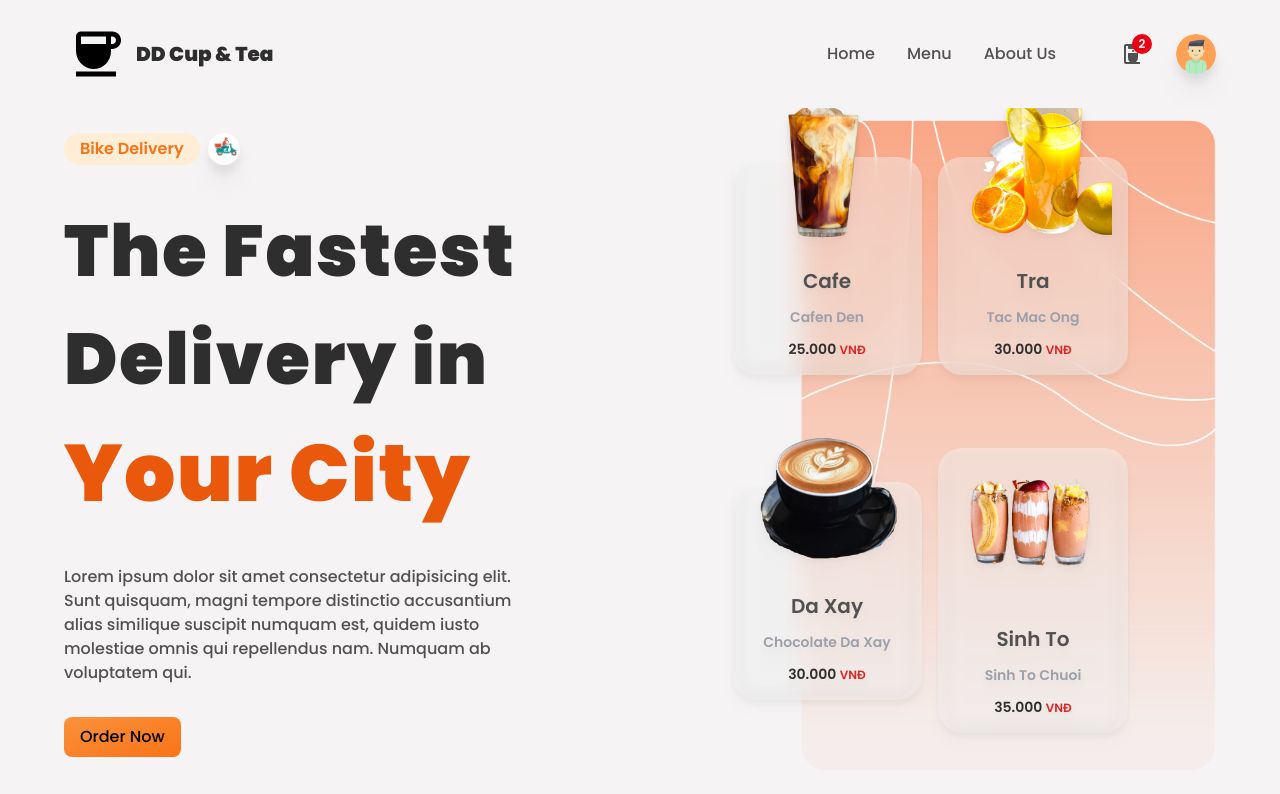
Repository: duongspm/ddcoffee
Page: /
These files come from the project's save history. The page is drawn as it stood at one moment and after the next save; the edit follows.
The browser window is 1280 px wide. The pictures show the whole page.
The project was rebuilt for these pictures with package versions that can differ from the ones it lists, and the page was loaded fresh each time. Also part of the build but not shown: src/App.css, src/components/CreateContainer.jsx.

Above is the page before, as saved 2022-07-12 20:28:39.

### src/index.js
import React from 'react';
import ReactDOM from 'react-dom/client';
import './index.css';
import App from './App';
import reportWebVitals from './reportWebVitals';

import { BrowserRouter as Router } from 'react-router-dom';

import { StateProvider } from './context/StateProvider';
import { initialState } from './context/initalState';
import reducer from './context/reducer';

const root = ReactDOM.createRoot(document.getElementById('root'));
root.render(
  <Router>
    <StateProvider initialState={initialState} reducer={reducer}>
      <App />
    </StateProvider>
  </Router>
  // <React.StrictMode>
  //   <App />
  // </React.StrictMode>
);

// If you want to start measuring performance in your app, pass a function
// to log results (for example: reportWebVitals(console.log))
// or send to an analytics endpoint. Learn more: https://bit.ly/CRA-vitals
reportWebVitals();

### src/index.css
/* body {
  margin: 0;
  font-family: -apple-system, BlinkMacSystemFont, 'Segoe UI', 'Roboto', 'Oxygen',
    'Ubuntu', 'Cantarell', 'Fira Sans', 'Droid Sans', 'Helvetica Neue',
    sans-serif;
  -webkit-font-smoothing: antialiased;
  -moz-osx-font-smoothing: grayscale;
}

code {
  font-family: source-code-pro, Menlo, Monaco, Consolas, 'Courier New',
    monospace;
} */

@import url(https://fonts.googleapis.com/css2?family=DM+Sans:ital,wght@0,400;0,500;1,400;1,500&family=Inter:wght@400;500;600&family=Mulish:wght@300&family=Nunito+Sans:wght@200&family=Playfair+Display:wght@700&family=Poppins:wght@500;600;900&family=Quicksand:wght@700&display=swap);
*{
  margin: 0;
  padding: 0;
  box-sizing: border-box;
}
body{
  font-family: 'Poppins', sans-serif, -apple-system, BlinkMacSystemFont, 'Segoe UI', 'Roboto', 'Oxygen',
  'Ubuntu', 'Cantarell', 'Fira Sans', 'Droid Sans', 'Helvetica Neue',
  sans-serif;
}
html, body{
  scroll-behavior: smooth;
  overflow-x: hidden; /*chống tràn*/
}
@tailwind base;
@tailwind components;
@tailwind utilities;

### src/App.js
import './App.css';
import {Route, Routes} from 'react-router-dom';
import MainContainer from './components/MainContainer';
import CreateContainer from './components/CreateContainer';
import { AnimatePresence } from 'framer-motion';

import { Header } from './components';

function App() {
  return (
    <AnimatePresence exitBeforeEnter>
      <div className="w-screen h-auto flex flex-col bg-primary">
        <Header/>
        <main className='mt-14 md:mt-24 px-4 md:px-16 py-4 w-full'>
          <Routes>
            <Route path='/*' element={<MainContainer/>}></Route>
            <Route path='/createItem' element={<CreateContainer/>}></Route>
          </Routes>
        </main>
      </div>
    </AnimatePresence>
  );
}

export default App;

### src/context/StateProvider.js
import React, {createContext, useContext, useReducer} from 'react';
export const StateContext = createContext();
export const StateProvider = ({reducer, initialState, children}) => (
    <StateContext.Provider value={useReducer(reducer, initialState)}>
        {children}
    </StateContext.Provider>
);

export const useStateValue = () => useContext(StateContext);

### src/context/initalState.js
import { fetchUser } from "../utils/fetchLocalStorageData"

const userInfo = fetchUser()

export const initialState = {
    user: null,
}

### src/context/reducer.js
export const actionType = {
    SET_USER: "SET_USER",
};

const reducer = (state, action) => {
    console.log(action);

    switch (action.type){
        case actionType.SET_USER:
            return {
                ...state,
                user: action.user,
            };

        default:
            return state;
    }
};

export default reducer;

### src/components/MainContainer.jsx
import React from 'react';
import HomeContainer from './HomeContainer';

const MainContainer = () => {
    return (
        <div className='w-full h-auto flex flex-col items-center justify-center'>
            <HomeContainer/>
        </div>
    );
};

export default MainContainer;

### src/components/index.js
export {default as Header} from './Header';
export {default as MainContainer} from './MainContainer';
export {default as CreateContainer} from './CreateContainer';
export {default as HomeContainer} from './HomeContainer';

### src/utils/fetchLocalStorageData.js
export const fetchUser = () => {
    const userInfo =
        localStorage.getItem("user") !== "undefined"
        ? JSON.parse(localStorage.getItem("user"))
        : localStorage.clear();
    return userInfo;
}

### src/components/HomeContainer.jsx
import React from 'react';
import delivery from '../assets/imgs/delivery.png';
import HeroBg from '../assets/imgs/heroBg.png';
import heroData from '../utils/data'

const HomeContainer = () => {
    return (
        <section id="home" className='grid grid-cols-1 md:grid-cols-2 gap-2 w-full'>
            <div className='py-2 flex flex-1 flex-col items-start  justify-center gap-8'>
                <div className='flex items-center gap-2 justify-center'>
                    <p className='text-base text-orange-500 font-semibold bg-orange-100 px-4 py-1 rounded-full'>Bike Delivery</p>
                    <div className='w-8 h-8 bg-white rounded-full overflow-hidden drop-shadow-xl'>
                        <img src={delivery} className="w-full h-full object-contain" alt="deli"/>
                    </div>
                </div>
                <p className='text-[2.5rem] font-bold tracking-wide text-headingColor lg:text-[4.5rem]'>The Fastest Delivery in <span className='text-orange-600 text-[3rem] lg:text-[5rem]'>Your City</span></p>
                <p className='text-base text-textColor text-center md:text-left md:w-[80%]'>Lorem ipsum dolor sit amet consectetur adipisicing elit. Sunt quisquam, magni tempore distinctio accusantium alias similique suscipit numquam est, quidem iusto molestiae omnis qui repellendus nam. Numquam ab voluptatem qui.</p>
                <button type='button' className='bg-gradient-to-br from-orange-400 to-orange-500 w-full px-4 py-2 rounded-lg hover:shadow-lg transition-all ease-in-out md:w-auto'>Order Now</button>
            </div>
            <div className='py-2 flex-1 flex items-center relative'>
                <img src={HeroBg} className="ml-auto h-420 w-full lg:w-auto lg:h-650" alt="hero-bg"/>

                <div className='w-full h-full absolute flex items-center justify-center top-0 left-0 py-4 gap-4 flex-wrap lg:px-26'>
                    {heroData && heroData.map(n => (
                        <div key={n.id} className='w-190 bg-cardOverlay backdrop-blur-md p-4 rounded-3xl flex flex-col items-center justify-center lg:w-190 drop-shadow-lg'>
                        <img src={n.imageSrc} className='w-20 lg:w-40 -mt-10 lg:-mt-20' alt='i1'/>
                        <p className='text-base lg:text-xl font-semibold text-textColor mt-2 lg:mt-4'>{n.name}</p>
                        <p className='text-[12px] lg:text-sm font-semibold text-lighttextGray my-1 lg:my-3'>{n.decp}</p>
                        <p className='text-sm font-semibold text-headingColor'>{n.price} <span className='text-xs text-red-600'>VNĐ</span></p>
                    </div>
                    ))}
                </div>
            </div>
        </section>
    );
};

export default HomeContainer;

### src/components/Header.jsx
import React, { useState } from 'react';
import {motion} from "framer-motion";
import {Link} from 'react-router-dom';
import {MdCoffee} from 'react-icons/md';
import {MdCoffeeMaker, MdAdd, MdLogout, MdAccountCircle} from 'react-icons/md';
//import Logo from '../assets/imgs/logo-dendo-cocaybua.png';
import Avatar from '../assets/imgs/avatar.png';
import { getAuth, signInWithPopup, GoogleAuthProvider } from "firebase/auth";
import { app } from '../firebase.config';
import { useStateValue } from '../context/StateProvider';
import { actionType } from '../context/reducer';

const Header = () => {
    const firebaseAuth = getAuth(app);
    const provider = new GoogleAuthProvider();

    const [{user}, dispatch] = useStateValue()

    const [isMenu, setIsMenu] = useState(false);

    const login = async () => {
        //đăng nhập rồi click vô avt k hiện đăng nhập nữa
        if(!user)
        {
            const {user: {refreshToken, providerData}} = await signInWithPopup(firebaseAuth, provider);
            dispatch({
                type : actionType.SET_USER,
                user : providerData[0],
            });
            localStorage.setItem("user", JSON.stringify(providerData[0]))
        }else{
            setIsMenu(!isMenu);
        }
    };
    const logout = () => {
        setIsMenu(false);
        localStorage.clear();
        dispatch({
            type: actionType.SET_USER,
            user: null,
        });
    }

    return (
        <header className='fixed z-50 w-screen p-3 px-4 md:p-6 md:px-16 bg-primary'>
            {/* desktop */}
            <div className='hidden md:flex w-full h-full items-center justify-between'>
                <Link to={"/"} className='flex items-center gap-2'>
                    {/* <img src={Logo} className="w-16 object-cover" alt="Logo nef"/> */}
                    <MdCoffee className='w-16 object-cover cursor-pointer text-6xl hover:text-cartNumBg'></MdCoffee>
                    <motion.p whileTap={{scale: 0.6}}  className='text-headingColor text-xl font-bold'>DD Cup & Tea</motion.p>
                </Link>
                <div className='flex items-center gap-8'> {/* bo ra ngoai div nay thi no se nam giua */}
                    <motion.ul
                        initial={{opacity: 0, x: 200}}
                        animate={{opacity: 1, x: 0}}
                        exit={{opacity: 0, x: 200}}
                        className="flex items-center gap-8 ">
                        <li className='text-base text-textColor hover:text-cartNumBg duration-100 transition-all ease-in-out cursor-pointer'>Home</li>
                        <li className='text-base text-textColor hover:text-cartNumBg duration-100 transition-all ease-in-out cursor-pointer'>Menu</li>
                        <li className='text-base text-textColor hover:text-cartNumBg duration-100 transition-all ease-in-out cursor-pointer'>About Us</li>
                    </motion.ul>
                    <div className='relative flex items-center justify-center'>
                        <MdCoffeeMaker className='text-textColor text-2xl ml-8 cursor-pointer'></MdCoffeeMaker>
                        <div className='absolute -top-2 -right-2 w-5 h-5 rounded-full bg-cartNumBg flex items-center justify-center'>
                            <p className='text-xs text-white font-semibold'>2</p>
                        </div>
                    </div>
                    <div className='relative'>
                        <motion.img whileTap={{scale: 0.6}} className='w-10 min-w-[40px] h-10 min-h-[40px] drop-shadow-xl rounded-full' src={user ? user.photoURL : Avatar} alt="avata nguoi dung"
                        onClick={login}/>
                        {/* Menu In4 */}
                        {
                            isMenu &&
                            (
                                <motion.div
                                    initial={{opacity: 0, scale: 0.6}}
                                    animate={{opacity: 1, scale: 1}}
                                    exit={{opacity: 0, scale: 0.6}}
                                    className='w-40 bg-gray-50 shadow-xl rounded-lg absolute flex flex-col top-12 right-0'>
                                    {
                                        user && user.email === "tranvanduong10a22016bb@gmail.com" && (
                                            <Link to={'/createItem'}>
                                                <p className='px-4 py-2 flex items-center gap-3 cursor-pointer hover:bg-slate-100 transition-all duration-100 ease-in-out text-textColor text-base '><MdAdd/> New Item </p>
                                            </Link>
                                        )
                                    }
                                    <Link to={'/info'}>
                                        <p className='px-4 py-2 flex items-center gap-3 cursor-pointer hover:bg-slate-100 transition-all duration-100 ease-in-out text-textColor text-base'><MdAccountCircle/>{user ? user.displayName : 'In4'} </p>
                                    </Link>
                                    <hr/>
                                    <p className='px-4 py-2 flex items-center gap-3 cursor-pointer hover:bg-slate-100 transition-all duration-100 ease-in-out text-textColor text-base' onClick={logout}><MdLogout/> Logout </p>
                                </motion.div>
                            )
                        }
                        {/* End Menu In4 */}
                    </div>
                </div>
            </div>
            {/* mobile */}
            <div className='flex items-center justify-between md:hidden w-full h-full'>
                <div className='relative flex items-center justify-center'>
                    <MdCoffeeMaker className='text-textColor text-2xl ml-8 cursor-pointer'></MdCoffeeMaker>
                    <div className='absolute -top-2 -right-2 w-5 h-5 rounded-full bg-cartNumBg flex items-center justify-center'>
                        <p className='text-xs text-white font-semibold'>2</p>
                    </div>
                </div>
                <Link to={"/"} className='flex items-center gap-2'>
                    {/* <img src={Logo} className="w-16 object-cover" alt="Logo nef"/> */}
                    <MdCoffee className='w-16 object-cover cursor-pointer text-6xl hover:text-cartNumBg'></MdCoffee>
                    <motion.p whileTap={{scale: 0.6}}  className='text-headingColor text-xl font-bold'>DD Cup & Tea</motion.p>
                </Link>

                <div className='relative'>
                        <motion.img whileTap={{scale: 0.6}} className='w-10 min-w-[40px] h-10 min-h-[40px] drop-shadow-xl rounded-full' src={user ? user.photoURL : Avatar} alt="avata nguoi dung"
                        onClick={login}/>
                        {/* Menu In4 */}
                        {
                            isMenu &&
                            (
                                <motion.div
                                    initial={{opacity: 0, scale: 0.6}}
                                    animate={{opacity: 1, scale: 1}}
                                    exit={{opacity: 0, scale: 0.6}}
                                    className='w-40 bg-gray-50 shadow-xl rounded-lg absolute flex flex-col top-12 right-0'>
                                    {
                                        user && user.email === "tranvanduong10a22016bb@gmail.com" && (
                                            <Link to={'/createItem'}>
                                                <p className='px-4 py-2 flex items-center gap-3 cursor-pointer hover:bg-slate-100 transition-all duration-100 ease-in-out text-textColor text-base justify-center'><MdAdd/> New Item </p>
                                            </Link>
                                        )
                                    }
                                    <ul className="flex flex-col">
                                        <li className='text-base text-textColor hover:text-cartNumBg duration-100 transition-all ease-in-out cursor-pointer hover:bg-slate-100 px-4 py-2'>Home</li>
                                        <li className='text-base text-textColor hover:text-cartNumBg duration-100 transition-all ease-in-out cursor-pointer hover:bg-slate-100 px-4 py-2'>Menu</li>
                                        <li className='text-base text-textColor hover:text-cartNumBg duration-100 transition-all ease-in-out cursor-pointer hover:bg-slate-100 px-4 py-2'>About Us</li>
                                    </ul>
                                    <hr/>
                                    <Link to={'/info'}>
                                        <p className='px-4 py-2 flex items-center gap-3 cursor-pointer hover:bg-slate-100 transition-all duration-100 ease-in-out text-textColor text-base justify-center'><MdAccountCircle/> In4 </p>
                                    </Link>
                                    <hr/>
                                    <p className='m-2 p-2 rounded-md shadow-md flex items-center gap-3 cursor-pointer hover:bg-slate-300 transition-all duration-100 ease-in-out text-textColor text-base justify-center bg-gray-200 ' onClick={logout}><MdLogout/> Logout </p>
                                </motion.div>
                            )
                        }
                        {/* End Menu In4 */}
                    </div>
            </div>
        </header>
    );
};

export default Header;

### src/utils/data.js
import I1 from '../assets/imgs/bacxiu.png';
import I2 from '../assets/imgs/cam.png';
import I3 from '../assets/imgs/capu.png';
import I4 from '../assets/imgs/chuoi.png';
const heropData = [
    {id : 1, name: 'Cafe', decp : 'Cafen Den', price : '25.000', imageSrc : I1},
    {id : 2, name: 'Tra', decp : 'Tac Mac Ong', price : '30.000', imageSrc : I2},
    {id : 3, name: 'Da Xay', decp : 'Chocolate Da Xay', price : '30.000', imageSrc : I3},
    {id : 4, name: 'Sinh To', decp : 'Sinh To Chuoi', price : '35.000', imageSrc : I4},
]
export default heropData;

### src/firebase.config.js
import {getApp, getApps, initializeApp} from 'firebase/app';
import {getFirestore} from 'firebase/firestore';
import {getStorage} from 'firebase/storage';

const firebaseConfig = {
    apiKey : "AIzaSyAiraH4JLA5tCdJ0jHuDoW_0qsknKtMiQc" ,
    authDomain : "ddcoffee-35878.firebaseapp.com" ,
    databaseURL : "https://ddcoffee-35878-default-rtdb.firebaseio.com" ,
    projectId : "ddcoffee-35878" ,
    storageBucket : "ddcoffee-35878.appspot.com" ,
    messagingSenderId : "404922796023" ,
    appId : "1:404922796023:web:4717a230c36f3a24a4d0f2"
    };

    const app = getApps.length > 0 ? getApp() : initializeApp(firebaseConfig);

    const firestore = getFirestore(app);
    const storage = getStorage(app);

    export {app, firestore, storage};

### tailwind.config.js
/** @type {import('tailwindcss').Config} */
module.exports = {
  content: [
    "./src/**/*.{js,jsx,ts,tsx}",
  ],
  theme: {
    extend: {
      margin: {
        320: "320px",
      },
      width: {
        150: "150px",
        190: "190px",
        225: "225px",
        275: "275px",
        300: "300px",
        340: "340px",
        350: "350px",
        375: "375px",
        460: "460px",
        656: "656px",
        880: "880px",
        508: "508px",
      },
      height: {
        80: "80px",
        150: "150px",
        225: "225px",
        300: "300px",
        340: "340px",
        370: "370px",
        420: "420px",
        510: "510px",
        600: "600px",
        650: "650px",
        685: "685px",
        800: "800px",
        "90vh": "90vh",
      },
      minWidth: {
        210: "210px",
        350: "350px",
        620: "620px",
      },
      colors: {
        headingColor:"#2e2e2e",
        textColor:"#515151",
        cartNumBg:"#e80013",
        primary:"#f5f3f3",
        // textColor: "#101010",
        // activeText: "#D6230A",
        gradientBg: "rgba(116, 249, 105,0.4)",
        // whiteAlpha: "rgba(255,255,255,0.2)",
        // cardColor: "#f5f5f5",
        // cartBg: "#282a2c",
        // cartItem: "#2e3033",
        // cartTotal: "#343739",
        cardOverlay: "rgba(256,256,256,0.4)",
        lighttextGray:"#9ca0ab",
      },
      screens: {
        sm: "640px",
        md: "768px",
        lg: "1024px",
        xl: "1280px",
        "2xl": "1536px",
      },
    },
  },
  plugins: [],
}

Loaded but not shown: public/index.html (common file); src/reportWebVitals.js (common file)

After the next save:
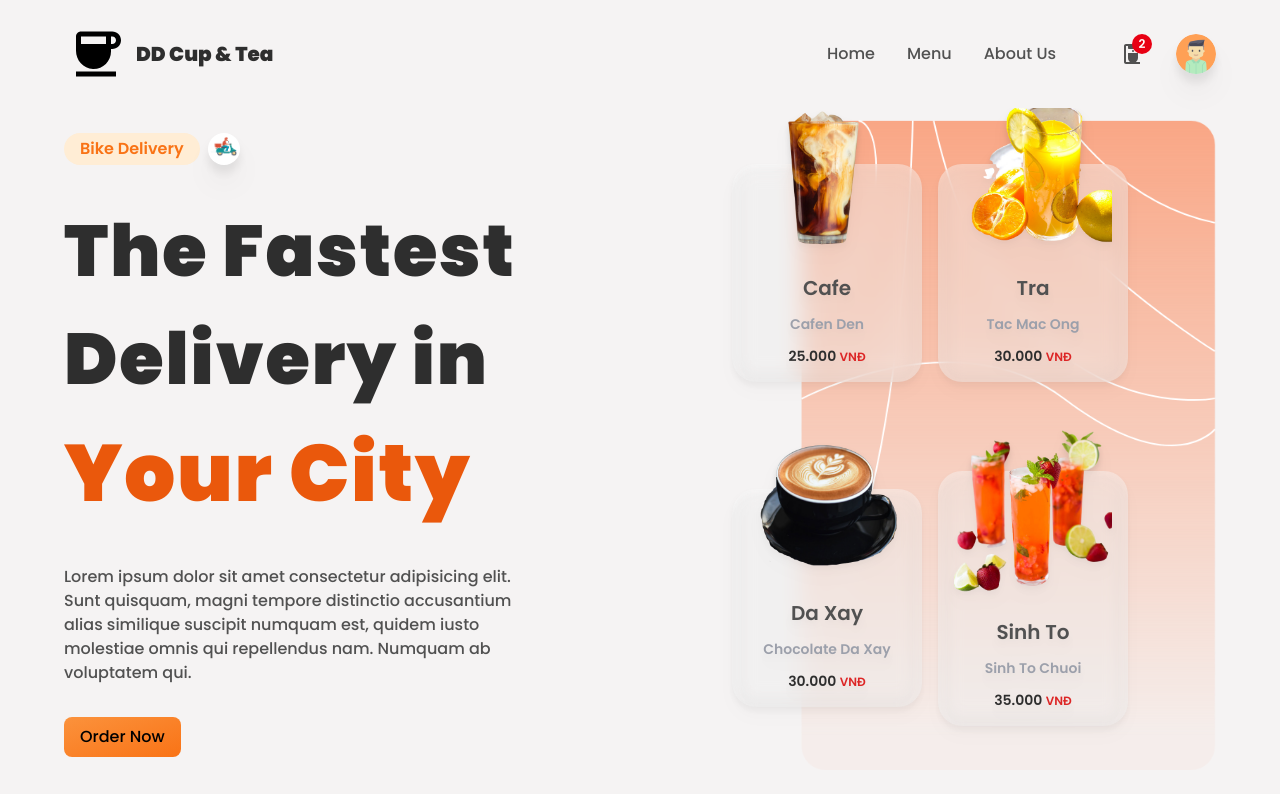
Saved 11 s later.
--- a/src/utils/data.js
+++ b/src/utils/data.js
@@ -1,7 +1,7 @@
 import I1 from '../assets/imgs/bacxiu.png';
 import I2 from '../assets/imgs/cam.png';
 import I3 from '../assets/imgs/capu.png';
-import I4 from '../assets/imgs/chuoi.png';
+import I4 from '../assets/imgs/dau.png';
 const heropData = [
     {id : 1, name: 'Cafe', decp : 'Cafen Den', price : '25.000', imageSrc : I1},
     {id : 2, name: 'Tra', decp : 'Tac Mac Ong', price : '30.000', imageSrc : I2},
